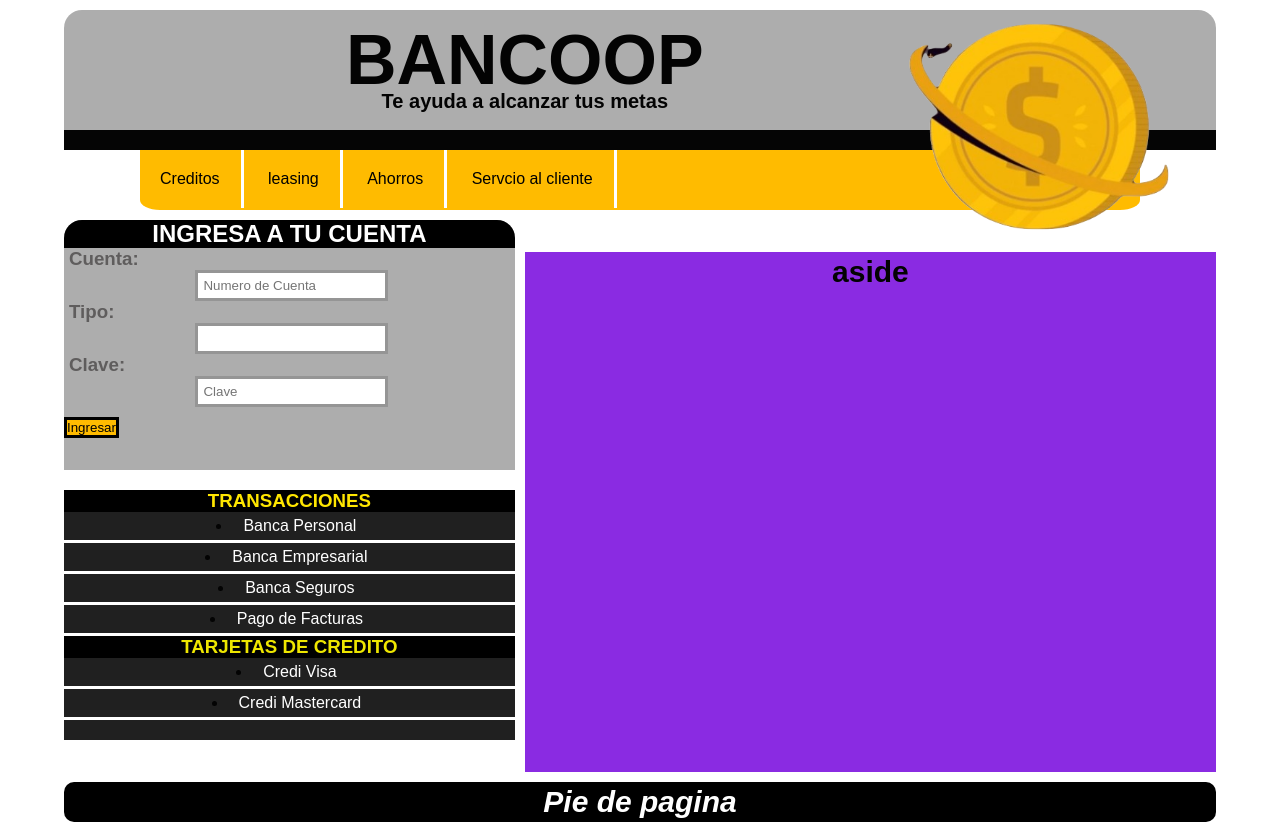
Repository: NickArregoces/BANCOOP
Page: Index.html
The author's editor kept a copy of each file at every save. The page is drawn from the files as they stood at one save, then again after the next save.
The browser window is 1280 px wide. The pictures show the whole page.

Above is the page before, as saved 2021-09-29 20:52:19.

After the next save:
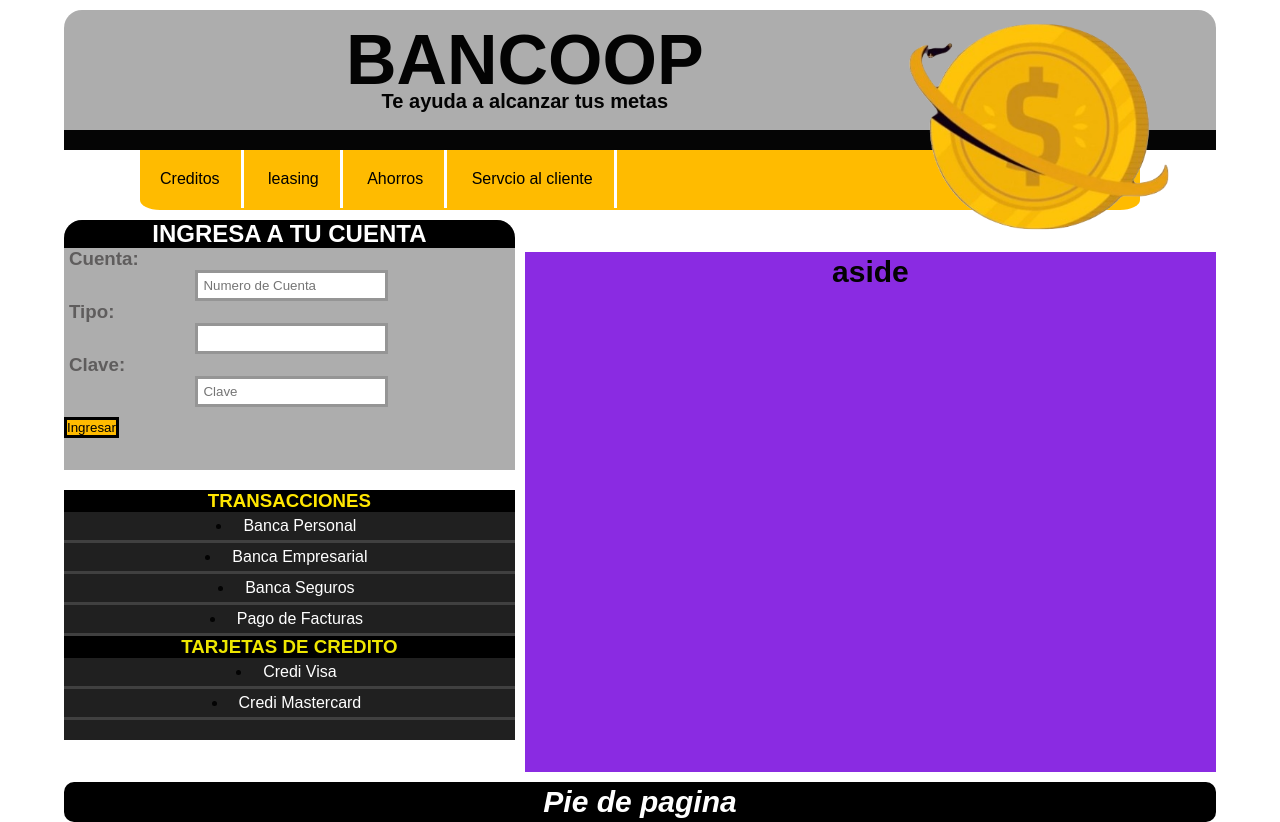
Saved 24 s later.
--- a/CSS/Style.css
+++ b/CSS/Style.css
@@ -121,7 +121,7 @@ ul.menu{
             display: inline-block;
         }
         .opciones li {
-            border-bottom: solid white;
+            border-bottom: solid rgba(68, 68, 68, 0.897);
             text-align: center;
             display:inline-flexbox;
             }
